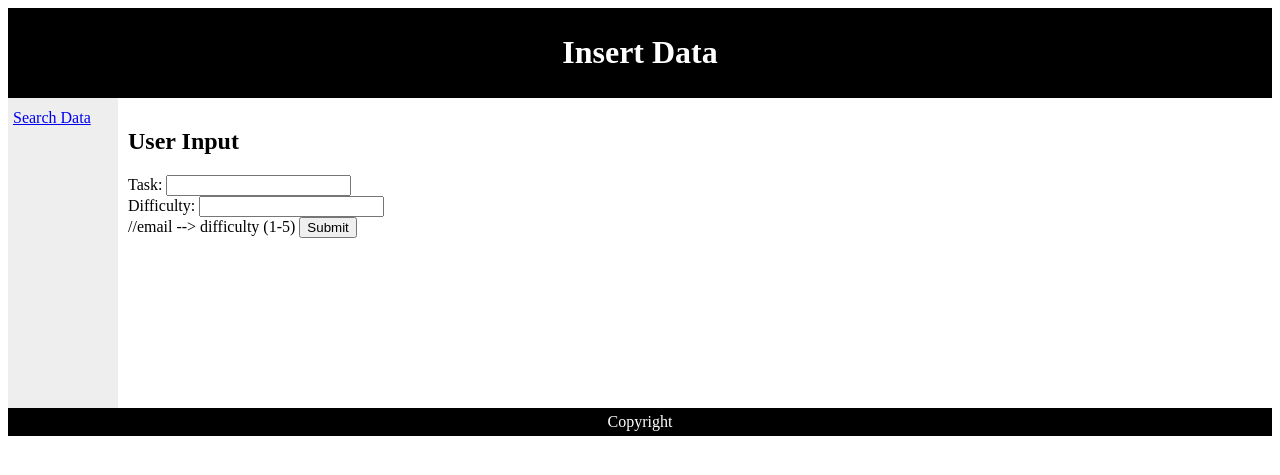
Repository: koleyy/4830_tech_exercise
Page: tech_one/src/main/webapp/insert_jaixen.html
The author's editor kept a copy of each file at every save. The page is drawn from the files as they stood at one save, then again after the next save.
The browser window is 1280 px wide. The pictures show the whole page.

Above is the page before, as saved 2023-10-11 19:52:58.

### tech_one/src/main/webapp/insert_jaixen.html
<html>
<head>
<style>
header {
    background-color:black;
    color:white;
    text-align:center;
    padding:5px;
}
nav {
    line-height:30px;
    background-color:#eeeeee;
    height:300px;
    width:100px;
    float:left;
    padding:5px;
}
section {
    width:350px;
    float:left;
    padding:10px;
}
footer {
    background-color:black;
    color:white;
    clear:both;
    text-align:center;
    padding:5px;
}
</style>
</head>

<body>
<header>
<h1> Insert Data </h1>
</header>

<nav>
<a href="/tech_one/search_jaixen.html">Search Data</a> <br>
</nav>

<section>
	<h1>User Input</h1>

	<form action="SimpleFormInsert" method="POST">

		Task: <input type="text" name="task"> <br />
		Difficulty: <input type="text" name="difficulty"> <br />		//email --> difficulty (1-5)

		<input type="submit" value="Submit" />
	</form>

</section>

<footer>
Copyright
</footer>
</body>
</html>

After the next save:
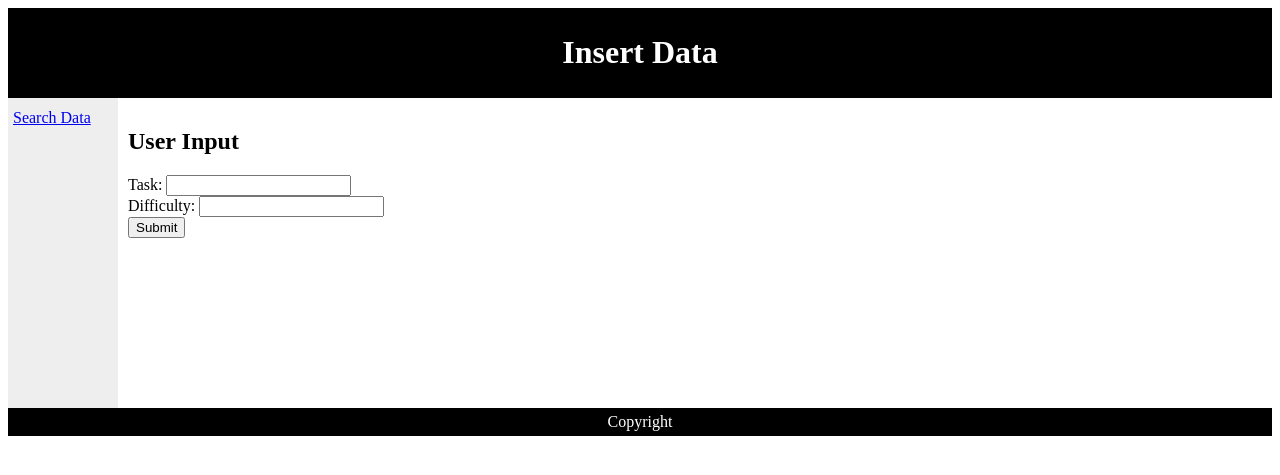
Saved 7 min 12 s later.
--- a/tech_one/src/main/webapp/insert_jaixen.html
+++ b/tech_one/src/main/webapp/insert_jaixen.html
@@ -45,7 +45,7 @@ footer {
 	<form action="SimpleFormInsert" method="POST">
 
 		Task: <input type="text" name="task"> <br />
-		Difficulty: <input type="text" name="difficulty"> <br />		//email --> difficulty (1-5)
+		Difficulty: <input type="text" name="difficulty"> <br />
 
 		<input type="submit" value="Submit" />
 	</form>
